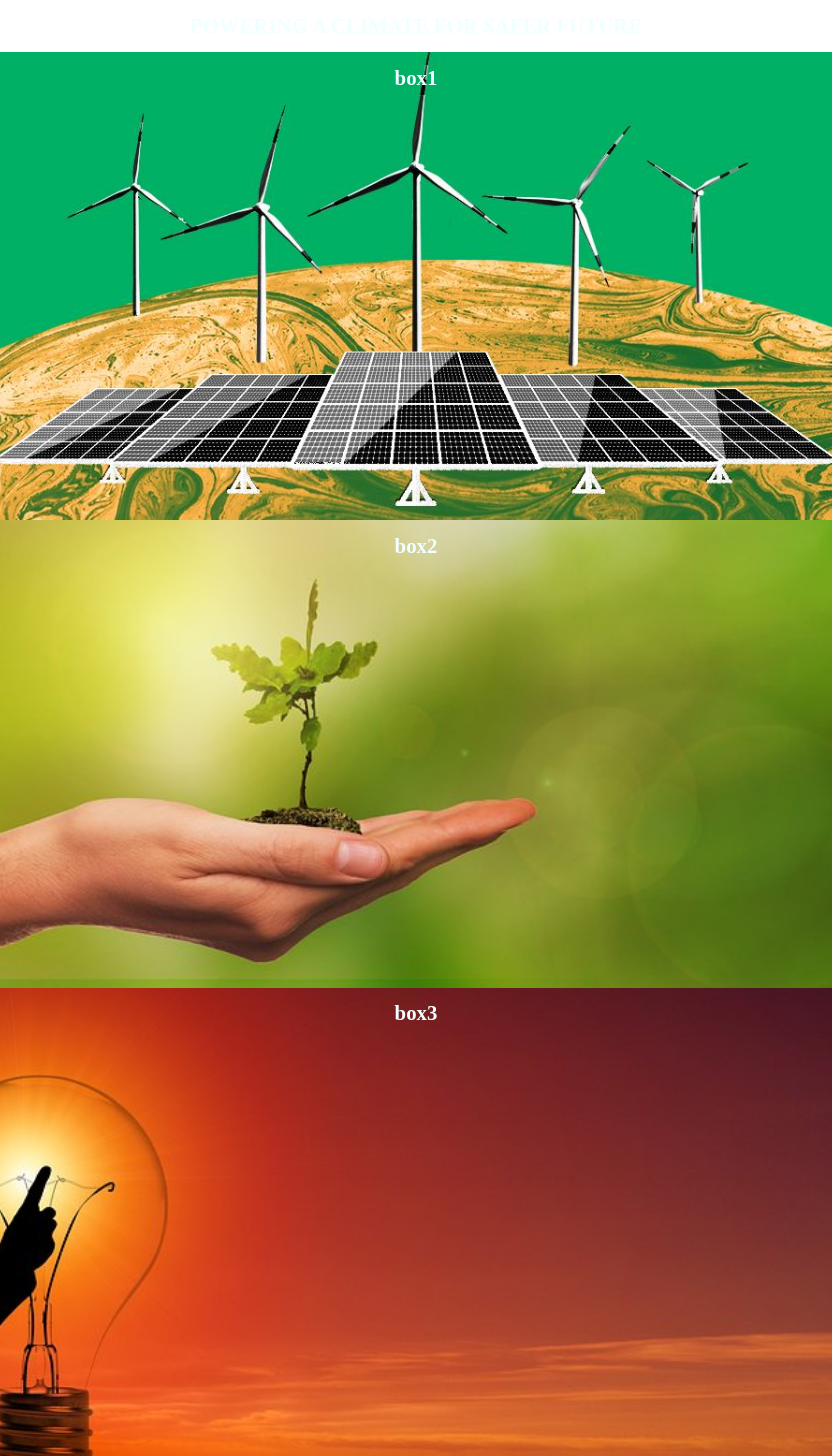
Repository: NavinDayanithi/static-web-design-competition
Page: index.html
These files come from the project's save history. The page is drawn as it stood at one moment and after a run of saves; the edit follows.
The browser window is 1280 px wide. The pictures show the whole page, at 65% of full size.
Backgrounds fixed to the window are drawn as part of the page.

Above is the page before, as saved 2023-04-28 19:39:35.

After the next 2 saves:
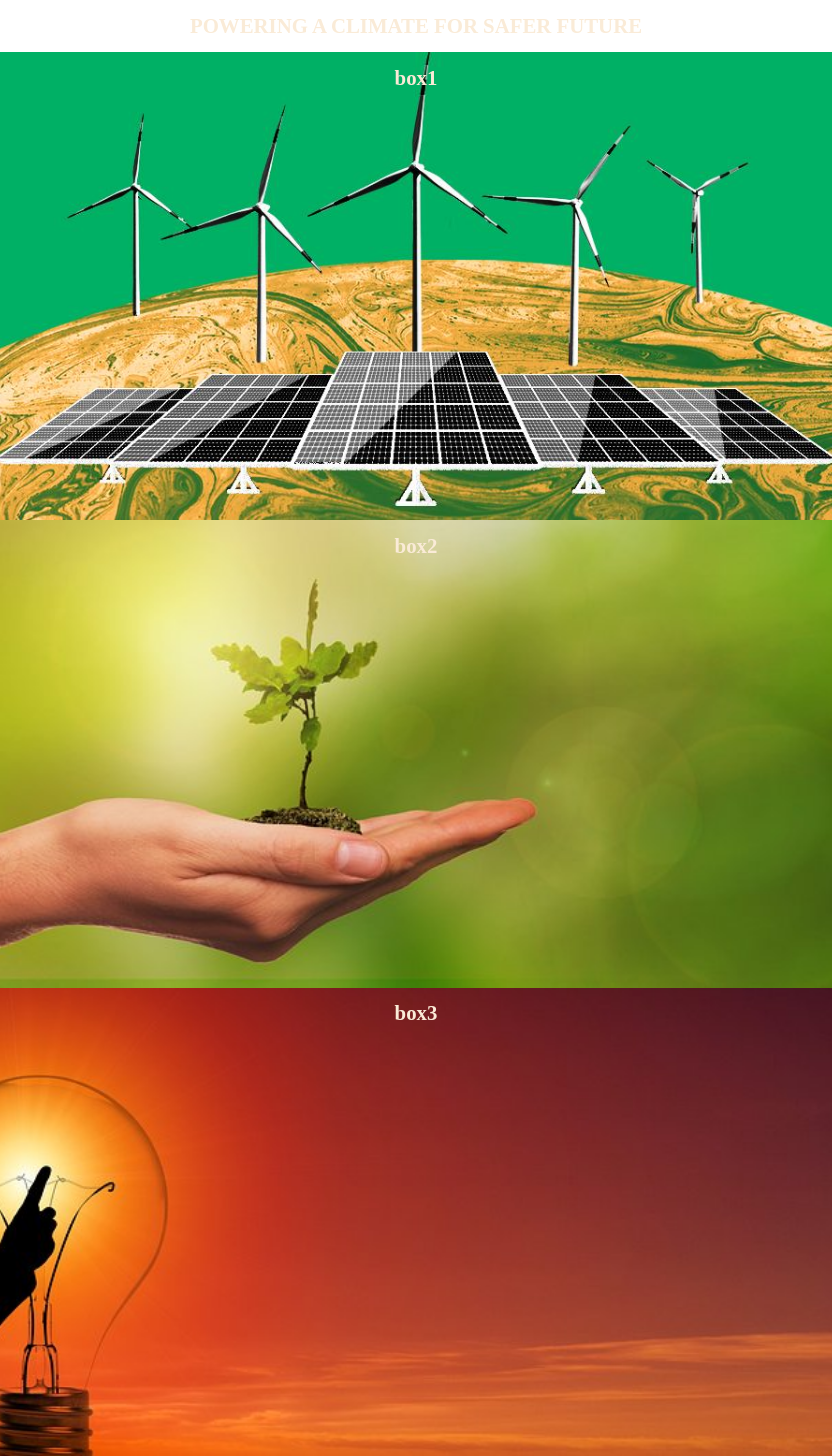
The 2 saves are shown as one change because they came seconds apart.
The last was saved 10 s later.
--- a/styles.css
+++ b/styles.css
@@ -2,7 +2,7 @@ h1
 {
     text-align:center;
 
-    color:azure;
+    color:antiquewhite;
 
 }
 head{
